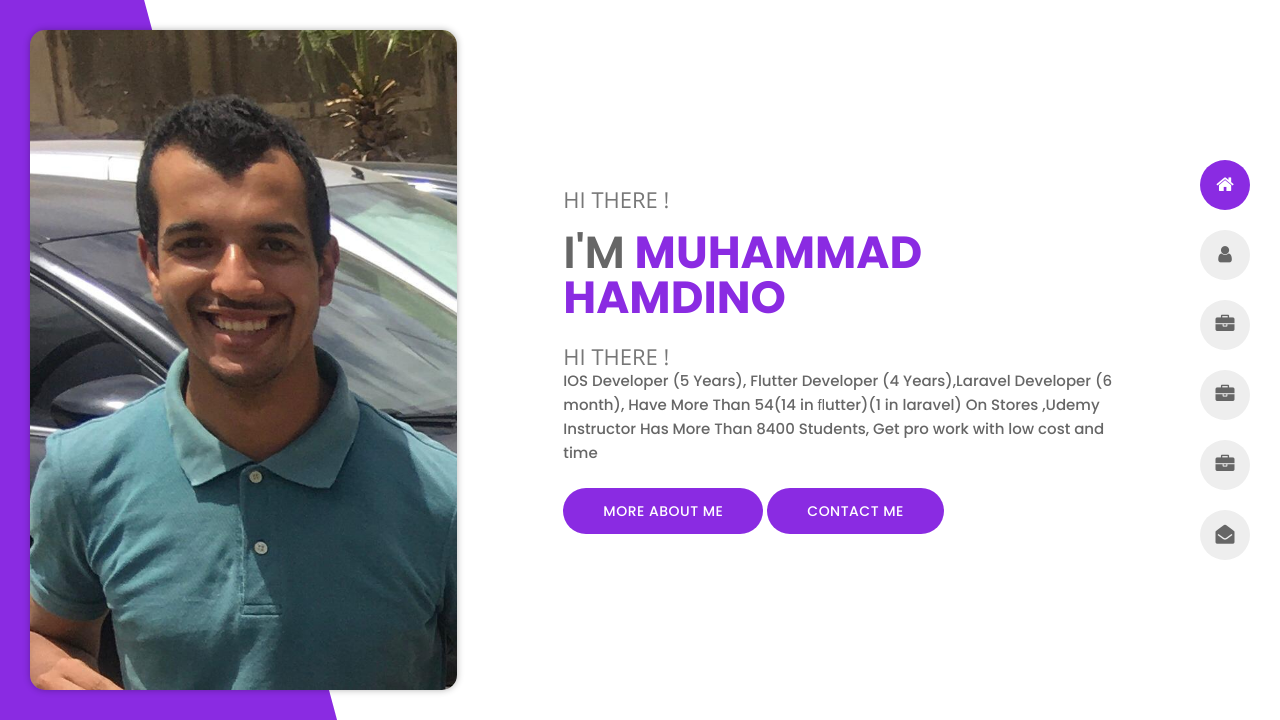
Repository: mhamdimno/mywebsite
Page: index.html
These files come from the project's save history. The page is drawn as it stood at one moment and after the next save; the edit follows.
The browser window is 1280 px wide. The pictures show the whole page.

Above is the page before, as saved 2023-06-03 16:02:06.

After the next save:
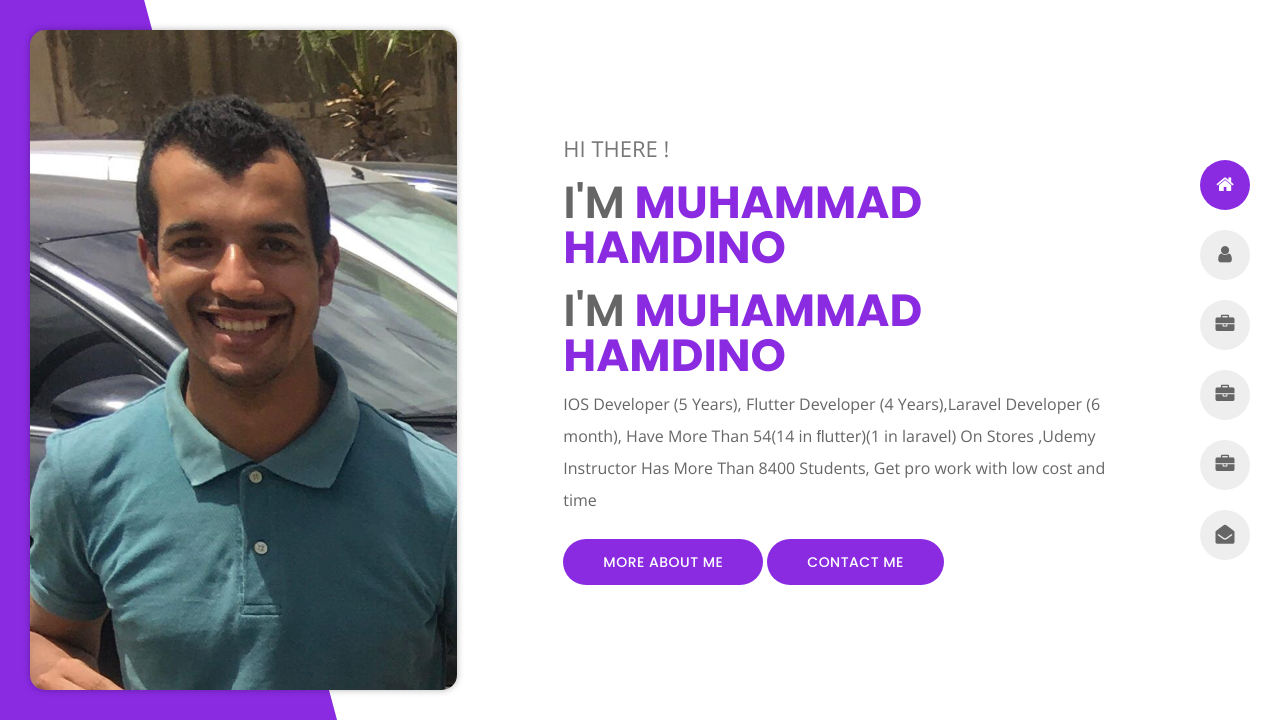
Saved 23 s later.
--- a/index.html
+++ b/index.html
@@ -98,8 +98,9 @@
                 <img src="img/img-mobile-light.jpg" class="img-fluid main-img-mobile d-none d-sm-block d-lg-none" alt="my picture" />
                 <h6 class="text-uppercase open-sans-font mb-0 d-block d-sm-none d-lg-block">hi there !</h6>
                 <h1 class="text-uppercase poppins-font"><span>I'm</span> Muhammad Hamdino</h1>
+                <h1 class="text-uppercase poppins-font"><span>I'm</span> Muhammad Hamdino</h1>
+
                 <p class="open-sans-font">
-                    <h6 class="text-uppercase open-sans-font mb-0 d-block d-sm-none d-lg-block">hi there !</h6>
 
                     IOS Developer (5 Years), Flutter Developer (4 Years),Laravel Developer (6 month), Have More Than 54(14 in ﬂutter)(1 in laravel) On Stores ,Udemy Instructor Has More Than 8400 Students,
                     Get pro work with low cost and time
